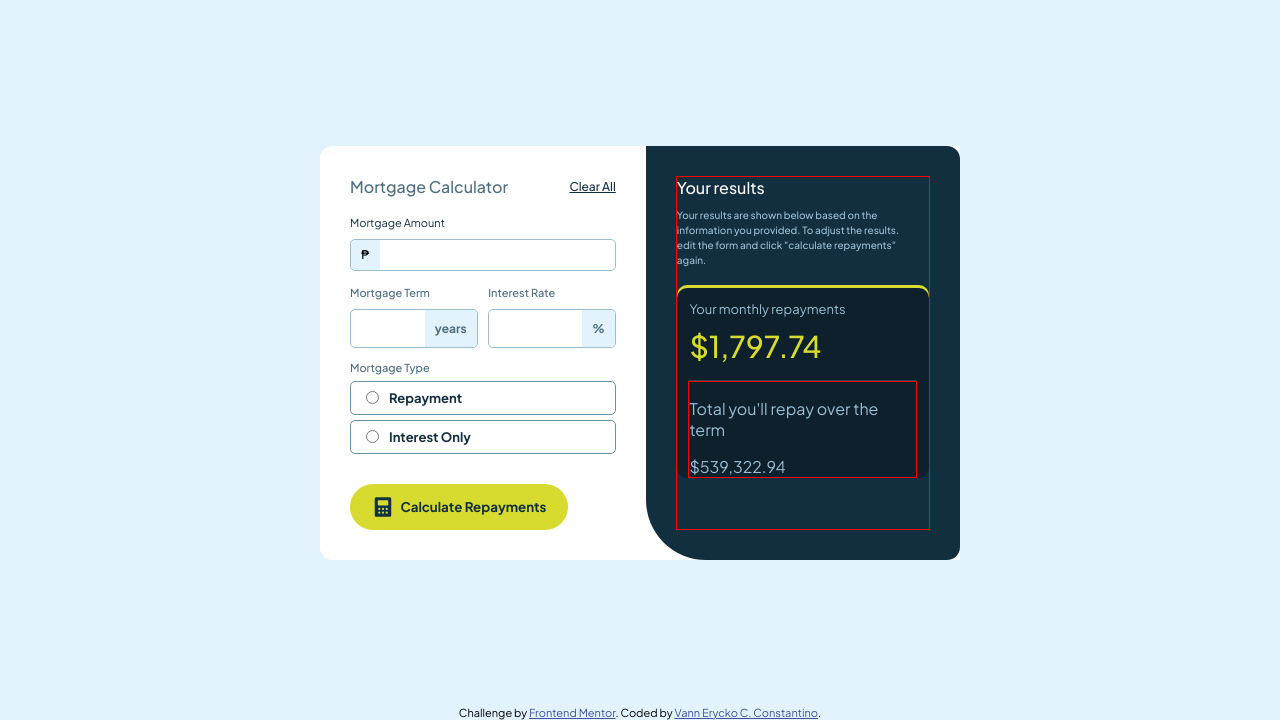
Repository: kocokoy/mortgage-repayment-calculator
Page: index.html
The author's editor kept a copy of each file at every save. The page is drawn from the files as they stood at one save, then again after the next save.
The browser window is 1280 px wide. The pictures show the whole page.

Above is the page before, as saved 2024-10-30 14:51:26.

### index.html
<!DOCTYPE html>
<html lang="en">
<head>
  <meta charset="UTF-8">
  <meta name="viewport" content="width=device-width, initial-scale=1.0"> <!-- displays site properly based on user's device -->

  <link rel="icon" type="image/png" sizes="32x32" href="./assets/images/favicon-32x32.png">
  <link rel="stylesheet" href="/styles/style.css">
  <link rel="preconnect" href="https://fonts.googleapis.com">
<link rel="preconnect" href="https://fonts.gstatic.com" crossorigin>
<link href="https://fonts.googleapis.com/css2?family=Karla:ital,wght@0,200..800;1,200..800&family=Plus+Jakarta+Sans:ital,wght@0,200..800;1,200..800&family=Red+Hat+Text:ital,wght@0,300..700;1,300..700&display=swap" rel="stylesheet">

  <title>Frontend Mentor | Mortgage repayment calculator</title>
</head>
<body>
  <div class="container">
    <div class="container-card">
      <div class="mortgage-calculator-side">
        <div class="mortgage-calculator-header">
          <p>Mortgage Calculator</p>
          <button>Clear All</button>
        </div>
        <div class="mortgage-calculator-amount">
          <p>Mortgage Amount</p>
          <label class="mortgage-calculator-amount-input">
            <div class="peso-logo">&#8369;</div>
            <input type="text" class="jsMortageAmount">
          </label>
          <div class="field-require-text">
            this field is required
          </div>
        </div>
        <div class="mortgage-calculator-term-and-interest">
          <div class="mortgage-calculator-term-section">
            <p>Mortgage Term</p>
            <div class="mortgage-calculator-term-section-mortgage">
              <input type="text" name="" id="" class="jsMortgageTerm">
              <div>years</div>
            </div>
            <div class="field-require-text">
              this field is required
            </div>
          </div>
          <div class="mortgage-calculator-term-section">
            <p>Interest Rate</p>
            <div class="mortgage-calculator-term-section-mortgage">
              <input type="text" name="" id="" class="jsMortgageInterest">
              <div>%</div>
            </div>
            <div class="field-require-text">
              this field is required
            </div>
          </div>
        </div>
        <div class="mortgage-calculator-type">
          <p>Mortgage Type</p>
          <label class="mortgage-calculator-type-radio">
            <input class="mortgage-calculator-type-radio-repayment jsRepaymentRadio" type="radio">
            <div>Repayment</div>
          </label>
          <label class="mortgage-calculator-type-radio">
            <input class="mortgage-calculator-type-radio-interest jsRepaymentInterest"  type="radio">
            <div>Interest Only</div>
          </label>
        </div>
        <div class="mortgage-calculator-button">
          <button class="jsCalculateRepayments">
            <div>
              <img src="/assets/images/icon-calculator.svg" alt="">
              <p>Calculate Repayments</p>
            </div>
          </button>
        </div>
      </div>
      <div class="result-side">
        <!-- <div class="result-empty">
          <div>
            <img src="/assets/images/illustration-empty.svg" alt="">
          </div>
          <div class="result-side-title">Results shown here</div>
          <div class="result-side-text">  Complete the form and click “calculate repayments” to see what
            your monthly repayments would be.</div>
        </div> -->
        <div class="result-populate">
          <div class="result-populate-title">
            Your results
          </div>
          <div class="result-populate-message">
            Your results are shown below based on the information you provided.
            To adjust the results. edit the form and click "calculate repayments" again.
          </div>
          <div class="result-populate-repayment">
            <div class="result-populate-repayment-monthly">
              <p>Your monthly repayments</p>
              <div>$1,797.74</div>
            </div>
            <div class="result-populate-repayment-total">
              <p>Total you'll repay over the term</p>
              <div>$539,322.94</div>
            </div>
          </div>
        </div>
      </div>
    </div>
  </div>


  <div class="attribution">
    Challenge by <a href="https://www.frontendmentor.io?ref=challenge">Frontend Mentor</a>.
    Coded by <a href="#">Vann Erycko C. Constantino</a>.
  </div>
  <script src="/javascripts/script.js"></script>
</body>
</html>

### styles/style.css
:root{
/* Primary */

--lime: hsl(61, 70%, 52%);
--red: hsl(4, 69%, 50%);

/* Neutral */

--white: hsl(0, 0%, 100%);
--slate100: hsl(202, 86%, 94%);
--slate300: hsl(203, 41%, 72%);
--slate500: hsl(200, 26%, 54%);
--slate700: hsl(200, 24%, 40%);
--slate900: hsl(202, 55%, 16%);
}

.attribution {
  font-size: 11px; text-align: center;
 }
.attribution a {
  color: hsl(228, 45%, 44%);
 }

 *{
  font-family: Plus Jakarta Sans;
 }

body{
  margin: 0;
  padding: 0;
  background-color: var(--slate100);
}
.container{
  height: 98vh;
  display: flex;
  flex-direction: column;
  justify-content: center;
  align-items: center;
}
.container-card{
  display: flex;
  flex-direction: row;
  height: auto;
  width: 50%;
  background-color: var(--white);
  border-bottom-left-radius: 13px;
  border-top-left-radius: 13px;
}

.field-require-text{
  margin-top: 10px;
  color: var(--red);
  font-size: 10px;
  font-weight: 900;
  margin-bottom: 3px;
  display: none;
}
.mortgage-calculator-side{
  height: auto;
  width: auto;
  background-color: var(--white);
  border-bottom-left-radius: 13px;
  border-top-left-radius: 13px;
  padding: 30px;

}
.result-side{
  height: auto;
  width: 70%;
  padding: 30px;
  overflow: hidden;
  background-color: var(--slate900);
  border-bottom-left-radius: 60px;
  border-bottom-right-radius: 13px;
  border-top-right-radius: 13px;
  display: flex;
  flex-direction: column;
  justify-content: center;
  align-items: center;

}

/*Mortgage Calculator Header */
.mortgage-calculator-header{
  display: flex;
  flex-direction: row;
  align-items: center;
  justify-content: space-between;
}
.mortgage-calculator-header p{
 margin: 0;
 font-weight: 500;
 color: var(--slate700);
}
.mortgage-calculator-header button{
 margin: 0;
 font-weight: 500;
 font-size: 12px;
 color: var(--slate900);
 background-color: var(--white);
 text-decoration: underline;
 cursor: pointer;
 border: none;
 padding: 0;
}

/*Mortgage Calculator Amount  */
.mortgage-calculator-amount{
  padding-top: 19px ;
  display: flex;
  flex-direction: column;
  margin-bottom: 15px;
}
.mortgage-calculator-amount p{
  margin: 0;
  font-size: 11px;
  color: var(--slate900);
  padding-bottom: 10px;
}

.mortgage-calculator-amount-input{
  display: flex;
  flex-direction: row;
  height: 30px;
  border: 1px solid var(--slate300);
  border-radius: 5px;
}

.mortgage-calculator-amount-input:hover{
  border: 1px solid var(--slate900);
  transition: 0.1s;
}

.mortgage-calculator-amount-input:focus-within {
  border-color: var(--lime);
}

.mortgage-calculator-amount-input:focus-within .peso-logo {
  background-color: var(--lime);
}

.mortgage-calculator-amount-input .peso-logo{
  background-color: var(--slate100);
  height: 100%;
  width: 35px;
  display: flex;
  justify-content: center;
  align-items: center;
  font-size: 12px;
  font-weight: 500;
  border: none;
  border-top-left-radius: 5px;
  border-bottom-left-radius: 5px;
}
.mortgage-calculator-amount-input input{
  width: 100%;
  border: none;
  border-top-right-radius: 5px;
  border-bottom-right-radius: 5px;
  padding: 0 10px;
  font-weight: 700;
}

.mortgage-calculator-amount-input input:focus{
  outline: none;
}

/* Mortgage Calculator Mortgage Term and Interest Rate */

.mortgage-calculator-term-and-interest{
  display: flex;
  flex-direction: row;
  width: 100;
  justify-content: space-between;
}
.mortgage-calculator-term-section{
  width: 48%;
}
.mortgage-calculator-term-section p{
  margin: 0;
  font-size: 11px;
  color: var(--slate700);
  padding-bottom: 10px;
  font-weight: 500;
}

.mortgage-calculator-term-section-mortgage{
  display: flex;
  flex-direction: row;
  border: 1px solid var(--slate300);
  border-radius: 5px;
}

.mortgage-calculator-term-section-mortgage input{
  width: 90%;
  padding: 10px;
  font-weight: 700;
  border: none;
  border-top-left-radius: 5px;
  border-bottom-left-radius: 5px;
  accent-color: green;
}
.mortgage-calculator-term-section-mortgage div{
  width: auto;
  background-color: var(--slate100);
  color: var(--slate700);
  font-size: 12px;
  display: flex;
  justify-content: center;
  align-items: center;
  font-weight: 700;
  padding: 7px 10px;
  border-top-right-radius: 5px;
  border-bottom-right-radius: 5px;
}

.mortgage-calculator-term-section-mortgage input:focus{
  outline: none;
}

/* Mortgage Calculator Type */
.mortgage-calculator-type{
  display: block;
  margin-top: 13px;
}

.mortgage-calculator-type p{
  margin: 0;
  font-size: 11px;
  color: var(--slate700);
  padding-bottom: 2px;
  font-weight: 500;
}

.mortgage-calculator-type-radio{
  border: 1px solid var(--slate500);
  display: flex;
  flex-direction: row;
  justify-content: start;
  align-items: center;
  padding: 8px 5px ;
  margin-top: 5px;
  border-radius: 5px;
}
.mortgage-calculator-type-radio:hover{
  border: 1px solid var(--lime);
  transition: 0.3s;
  cursor: pointer;
}
.mortgage-calculator-type-radio-clicked{
  border: 1px solid var(--lime);
  background-color: hsla(61, 70%, 52%, 0.1);
  transition: 0.3s;
}

.mortgage-calculator-type-radio-repayment{
  margin: 0 10px;
}

input[type="radio"]{
  accent-color: var(--lime);
  border: none;
}

.mortgage-calculator-type-radio-interest{
  margin: 0 10px;
}

.mortgage-calculator-type-radio div{
  font-size: 13px;
  font-weight: 700;
  color: var(--slate900);
}

/* Mortgage Calculator Type Button */

.mortgage-calculator-button{
  margin-top: 30px;
  display: flex;
  justify-content: start;
  align-items: start;
}

.mortgage-calculator-button button{
  display: flex;
  flex-direction: row;
  background-color: var(--lime);
  color: var(--slate900);
  border: none;
  border-radius: 100px;
  width: 82%;
  cursor: pointer;
  transition: 0.3s;
}

.mortgage-calculator-button button:hover{
  opacity: 80%;
}

.mortgage-calculator-button button img{
  margin: 0;
  display: flex;
  justify-content: center;
}

.mortgage-calculator-button button p{
  font-weight: 700;
  margin-left: 5px;
}
.mortgage-calculator-button button div{
  display: flex;
  justify-content: center;
  width: 100%;
}

/* Result Side Empty */
.result-empty{
  display: flex;
  flex-direction: column;
  justify-content: center;
  align-items: center;

}
.result-side-title{
  color: var(--white);
  font-weight: 500;
  font-size: 20px;
}
.result-side-text{
  margin-top: 10px;
  color: var(--slate500);
  font-size: 11px;
  text-align: center;
}

/* Result Side Populate*/
.result-populate{
  border: 1px solid red;
  height: 100%;
}
.result-populate-title{
  color: var(--white);
  font-weight: 500;
  padding-bottom: 5px;
}
.result-populate-message{
  color: var(--slate300);
  font-weight: 500;
  font-size: 10px;
  width: 93%;
  padding: 5px 0px;
  line-height: 15px;
}
.result-populate-repayment{
  color: var(--slate300);
  background-color: hsl(202, 55%, 11%);
  border-radius: 10px;
  margin-top: 15px;
  box-shadow:  0 -3px var(--lime);
  display: flex;
  justify-content: center;
  align-items: center;
  flex-direction: column;
}

.result-populate-repayment-monthly{
  border-bottom: 1px solid hsla(200, 24%, 40%, 0.5);
  display: flex;
  flex-direction: column;
  width: 90%;
}
.result-populate-repayment-monthly p{
  margin-bottom: 10px;
  font-size: 13px;
}
.result-populate-repayment-monthly div{
  font-size: 30px;
  color: var(--lime);
  font-weight: 500;
  margin-bottom: 15px;
}

.result-populate-repayment-total{
  border: 1px solid red;
  width: 90%;
}

### javascripts/script.js
const calculateButton = document.querySelector('.jsCalculateRepayments');
const mortgageAmountElement = document.querySelector('.jsMortageAmount');
const mortgageTermElement = document.querySelector('.jsMortgageTerm');
const mortgageInterestElement = document.querySelector('.jsMortgageInterest');
// radio buttons
const repaymentRadioElement = document.querySelector('.jsRepaymentRadio');
const interestRadioElement = document.querySelector('.jsRepaymentInterest');
let totalRepayment = 0;
let monthlyPayment = 0;

MortgageTypeBtnClicked();
calculateButton.addEventListener('click', () => {
  const mortgageAmount =  IntegerConverter(mortgageAmountElement.value);
  const mortgageTerm =  IntegerConverter(mortgageTermElement.value);
  const mortgageInterest =  IntegerConverter(mortgageInterestElement.value);
  CalcuteRepayment(mortgageAmount,mortgageTerm,mortgageInterest);

});



function MortgageTypeBtnClicked(){
  let repaymentRadioClicked = false;
  let interestRadioClicked = false;

  const repaymentParentLabel = repaymentRadioElement.parentElement;
  const interestParentLabel = interestRadioElement.parentElement;

  repaymentRadioElement.addEventListener('click', () =>{
    if(repaymentRadioClicked){
      repaymentParentLabel.classList.remove('mortgage-calculator-type-radio-clicked');
      repaymentRadioElement.checked = false;
      repaymentRadioClicked = false;
    }else{
      repaymentRadioClicked = true;
      repaymentParentLabel.classList.add('mortgage-calculator-type-radio-clicked');
      interestParentLabel.classList.remove('mortgage-calculator-type-radio-clicked');
      interestRadioElement.checked = false;
      interestRadioClicked = false;
    }
  });

  interestRadioElement.addEventListener('click', () =>{
    if(interestRadioClicked){
      interestParentLabel.classList.remove('mortgage-calculator-type-radio-clicked');
      interestRadioElement.checked = false;
      interestRadioClicked = false;
    }else{
      repaymentParentLabel.classList.remove('mortgage-calculator-type-radio-clicked');
      interestParentLabel.classList.add('mortgage-calculator-type-radio-clicked');
      interestRadioClicked = true;
      repaymentRadioElement.checked = false;
      repaymentRadioClicked = false;
    }
  });
};

function IntegerConverter(str){
  if(str.includes('.')){
    return parseFloat(str);
  };
    return parseInt(str.replace(/,/g, ''));
}

function CalcuteRepayment(amount,years,interest){
  let months = 12;
  let monthlyInterestRate = ((interest/months)/100);
  let totalPayments = (years*months);
  let numerator = (amount * monthlyInterestRate);
  let denominator = (1 - Math.pow(1 + monthlyInterestRate,(-1*totalPayments)));
  monthlyPayment = (numerator/denominator);
  totalRepayment =  (monthlyPayment*totalPayments);
}

After the next save:
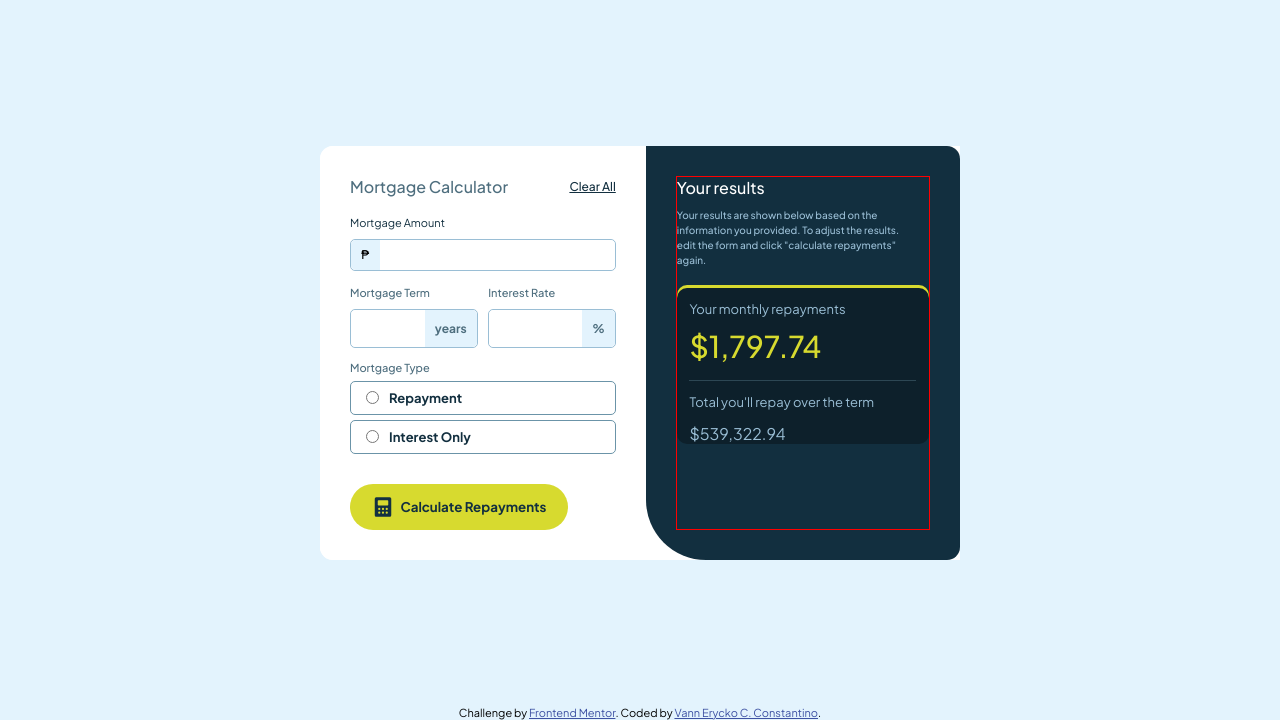
Saved 27 s later.
--- a/styles/style.css
+++ b/styles/style.css
@@ -381,6 +381,9 @@ input[type="radio"]{
 }
 
 .result-populate-repayment-total{
-  border: 1px solid red;
   width: 90%;
 }
+.result-populate-repayment-total p{
+  width: 90%;
+  font-size: 13px;
+}
